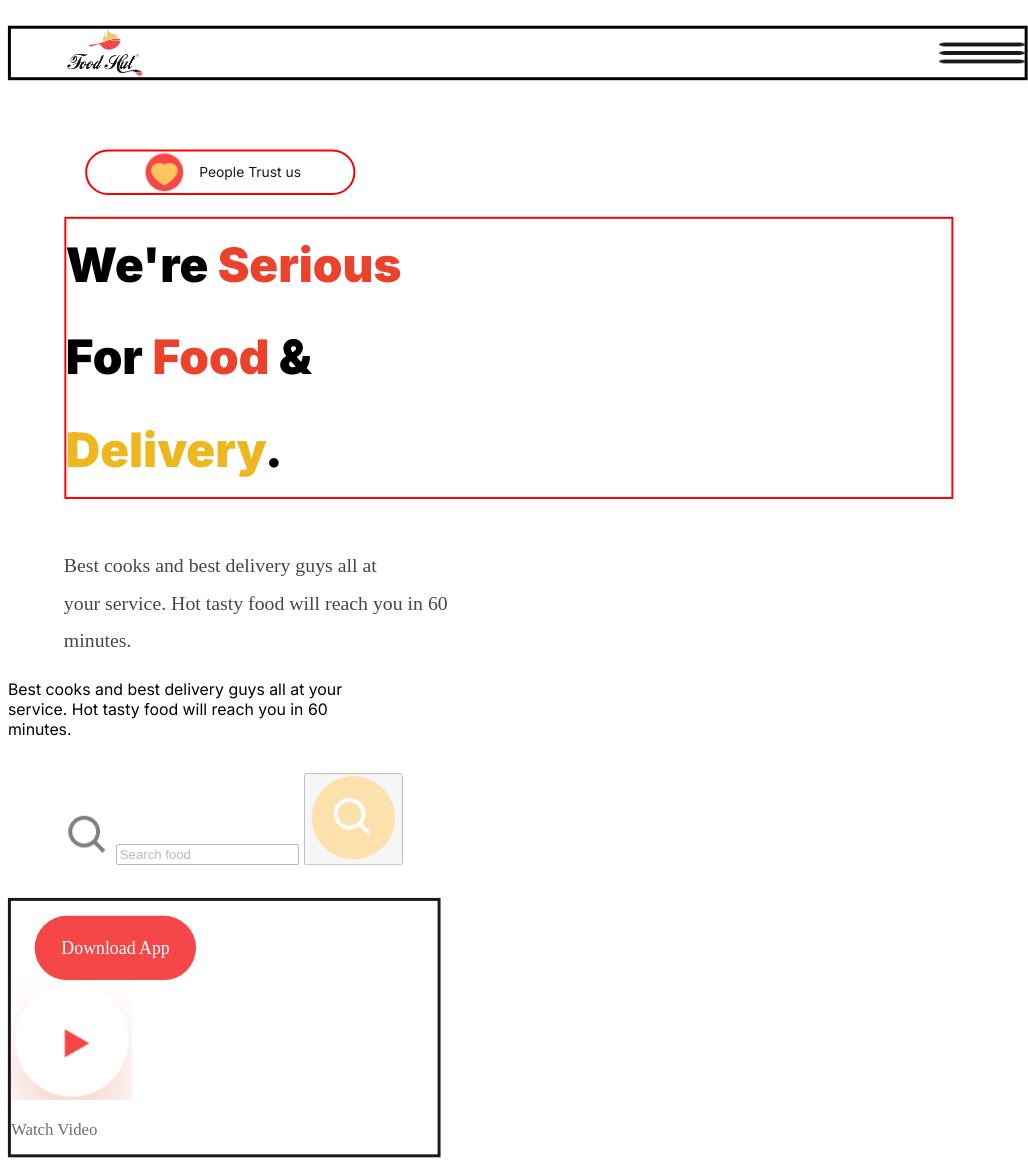
Repository: ReyhanehRahmani/Food-Hut
Page: FoodHut.html
An editor plug-in stored every save of this project. The page is shown before and after the next save, followed by the edit.
The browser window is 1024 px wide. The page is 1038 px wide, so the pictures cover 1038 px, including what lies to the right of the window. The pictures show the whole page, at 99% of full size.
Some web fonts or font styles are not loaded; a fallback is used.

Above is the page before, as saved 2025-05-28 21:29:30.

After the next save:
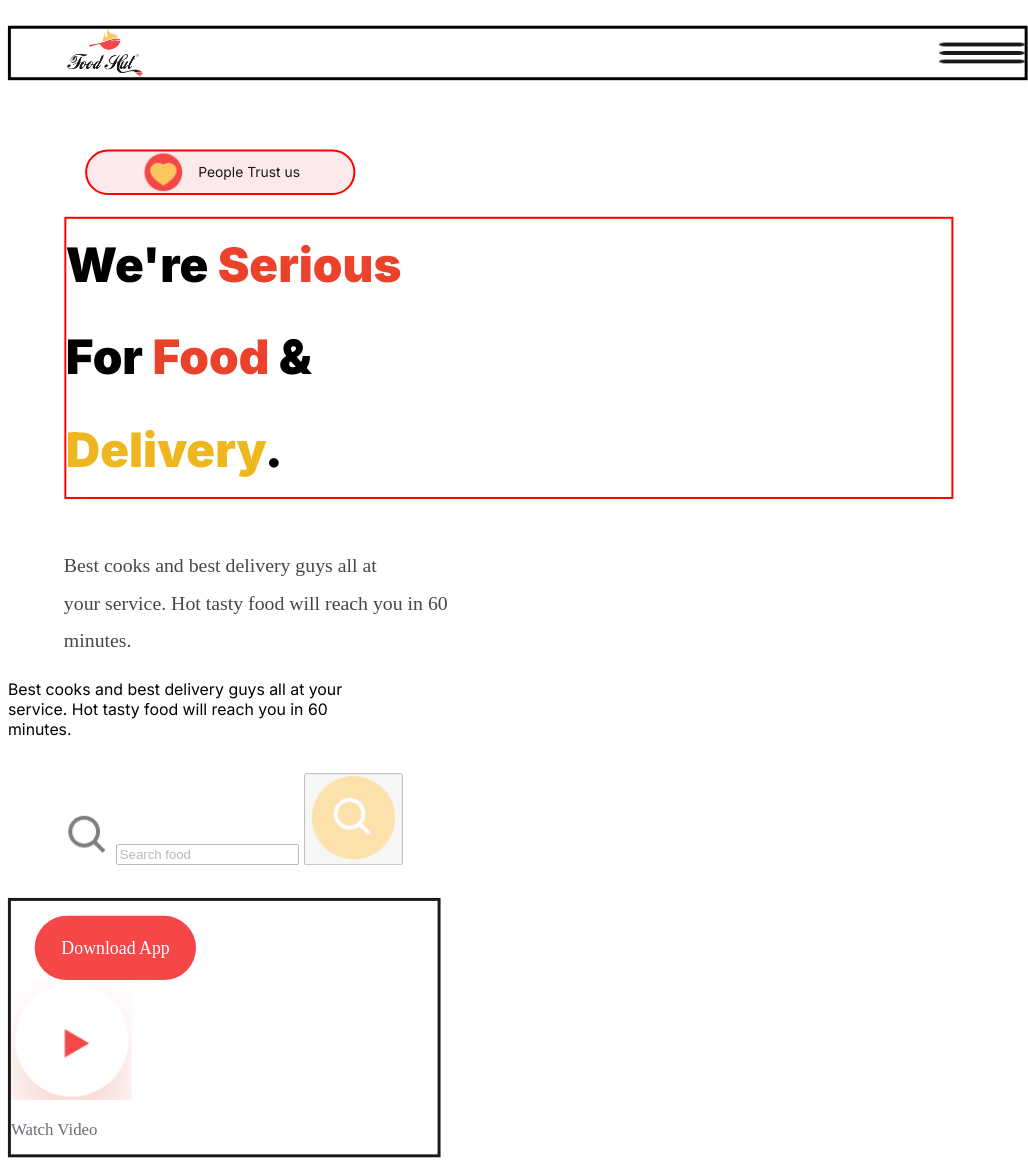
Saved 45 s later.
--- a/FoodHut.css
+++ b/FoodHut.css
@@ -52,6 +52,21 @@ body {
 }*/
 
 #HeartBox{
+    display: flex;
+    justify-content: space-between;
+    width: 28.226415094%;
+    height: 4.261796043%;
+    align-items: center;
+    border-radius: 100px;
+    white-space: nowrap;
+    background-color: #fce9e9;
+}
+
+#trust{
+    margin-right: 2px;
+}
+
+#HeartBox{
     width: 26.730769231%;
     height: 3.58974359%;
     margin-top: 6.956521739%;
@@ -72,6 +87,7 @@ body {
     /*align-items: center;
     justify-content: center;*/
     color: rgba(25, 25, 25, 1);
+    margin-right: 2px;
 
 }
 
